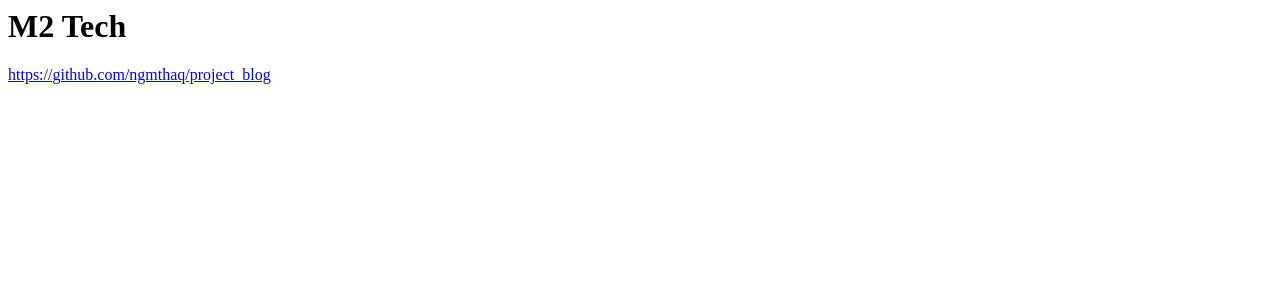
Repository: ngmthaq/project-blog-ptit
Page: index.html
These files come from the project's save history. The page is drawn as it stood at one moment and after the next save; the edit follows.
The browser window is 1280 px wide. The pictures show the whole page.

Above is the page before, as saved 2021-09-07 10:35:32.

### index.html
<h1>M2 Tech</h1>
<p></p>
<a href="https://github.com/ngmthaq/project_blog">https://github.com/ngmthaq/project_blog</a>

After the next save:
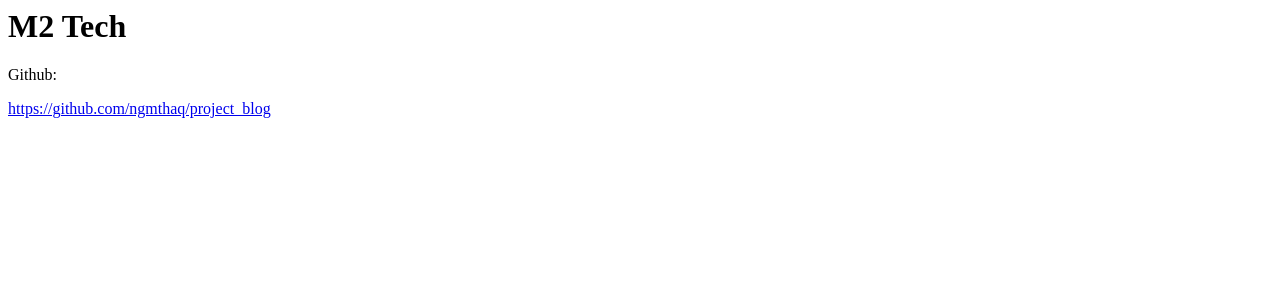
Saved 7 s later.
--- a/index.html
+++ b/index.html
@@ -1,3 +1,3 @@
 <h1>M2 Tech</h1>
-<p></p>
+<p>Github:</p>
 <a href="https://github.com/ngmthaq/project_blog">https://github.com/ngmthaq/project_blog</a>
